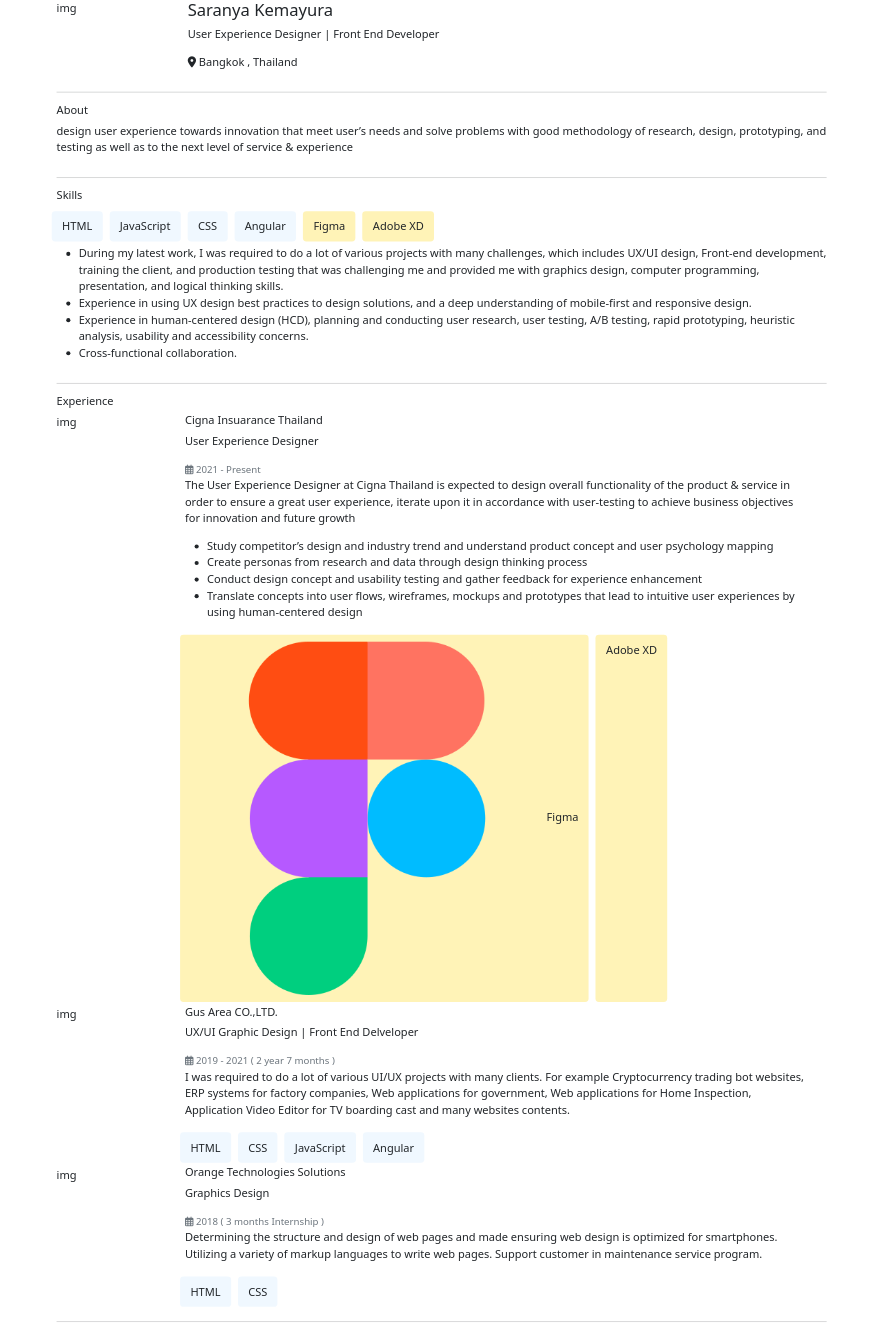
Repository: 0910th/portfolio
Page: index.html
An editor plug-in stored every save of this project. The page is shown before and after the next save, followed by the edit.
The browser window is 1280 px wide. The pictures show the whole page, at 69% of full size.

Above is the page before, as saved 2022-12-12 14:11:47.

### index.html
<!doctype html>
<html lang="en">

<head>
    <meta charset="utf-8">
    <meta name="viewport" content="width=device-width, initial-scale=1">
    <title>Saranya Portfolio</title>

    <link href="./css/bootstrap.min.css" rel="stylesheet" crossorigin="anonymous">
    <link href="./css/mystyle.css" rel="stylesheet" crossorigin="anonymous">
    <!--font awesome -->
    <link rel="stylesheet" href="./fontawesome/css/all.css" type="text/css">
    <link rel="stylesheet" href="./fontawesome/css/fontawesome.css">
    <link rel="stylesheet" href="./fontawesome/css/brands.css">
    <link rel="stylesheet" href="./fontawesome/css/solid.css">
</head>

<body>

    <div class="container-md">
        <!-- Content here -->
        <!-- section01 Name  -->
        <div class="row justify-content-start">
            <div class="col-2 text-right">
                img
            </div>
            <div class="col-10">
                <h4>Saranya Kemayura</h4>
                <p>User Experience Designer | Front End Developer</p>
                <p><i class="fa-solid fa-location-dot"></i> Bangkok , Thailand </p>
            </div>

        </div>
        <hr>
        <div class="row">

            <h6>About</h6>
            <p>design user experience towards innovation that meet user’s needs and solve problems with good methodology of
                research,
                design, prototyping, and testing as well as to the next level of service & experience</p>
        </div>
        <hr>
        <div class="row">
            <h6>Skills</h6>
            <div class="badge-text code">HTML</div>
            <div class="badge-text code">JavaScript</div>
            <div class="badge-text code">CSS</div>
            <div class="badge-text code">Angular</div>
            <div class="badge-text design">Figma</div>
            <div class="badge-text design">Adobe XD</div>
            <div class="text-list">
                <ul>
                    <li> During my latest work, I was required to do a lot of various projects with many challenges, which includes UX/UI design,
                    Front-end development, training the client, and production testing that was challenging me and provided me with graphics
                    design, computer programming, presentation, and logical thinking skills.</li>
                    <li> Experience in using UX design best practices to design solutions, and a deep understanding of mobile-first and
                    responsive design.</li>
                    <li> Experience in human-centered design (HCD), planning and conducting user research, user testing, A/B testing, rapid
                    prototyping, heuristic analysis, usability and accessibility concerns.</li>
                    <li> Cross-functional collaboration.</li>
                </ul>
            </div>
        </div>
        <hr>
        <div class="row">

            <h6>Experience</h6>
            <div class="row">
                <div class="col-2 ">
                    img
                </div>
                <div class="col-10">
                    <h6> Cigna Insuarance Thailand </h6>
                    <p> User Experience Designer </p>
                    <small class="text-muted"> <i class="fa-regular fa-calendar-days"></i> 2021 - Present </small>

                    <p > The User Experience Designer at Cigna Thailand is expected to design overall functionality of the product & service in
                    order to ensure a great user experience, iterate upon it in accordance with user-testing to achieve business objectives
                    for innovation and future growth </p>
                        <ul>
                            <li>Study competitor’s design and industry trend and understand product concept and user psychology mapping</li>
                            <li>Create personas from research and data through design thinking process</li>
                            <li>Conduct design concept and usability testing and gather feedback for experience enhancement</li>
                            <li>Translate concepts into user flows, wireframes, mockups and prototypes that lead to intuitive user experiences by
                            using human-centered design</li>
                        </ul>
                        <div class="row">
                            <div class="badge-text design"><img src="/images/figma.png" class="icon-logo"> Figma</div>
                            <div class="badge-text design">Adobe XD</div>

                        </div>
                </div>

            </div>
            <div class="row">
                <div class="col-2 ">
                    img
                </div>
                <div class="col-10">
                    <h6> Gus Area CO.,LTD.   </h6>
                    <p> UX/UI Graphic Design | Front End Delveloper </p>
                    <small class="text-muted"> <i class="fa-regular fa-calendar-days"></i> 2019 - 2021 ( 2 year 7 months ) </small>

                    <p> I was required to do a lot of various UI/UX projects with many clients. For example Cryptocurrency trading bot websites,
                    ERP systems for factory companies, Web applications for government, Web applications for Home Inspection, Application
                    Video Editor for TV boarding cast and many websites contents.  </p>
                    <div class="row">
                        <div class="badge-text code">HTML</div>
                        <div class="badge-text code">CSS</div>
                        <div class="badge-text code">JavaScript</div>
                        <div class="badge-text code">Angular</div>
                    </div>


                </div>

            </div>
            <div class="row">
                <div class="col-2 ">
                    img
                </div>
                <div class="col-10">
                    <h6> Orange Technologies Solutions  </h6>
                    <p> Graphics Design </p>
                    <small class="text-muted"> <i class="fa-regular fa-calendar-days"></i> 2018 ( 3 months Internship ) </small>

                    <p> Determining the structure and design of web pages and made
                        ensuring web design is optimized for smartphones. Utilizing a variety of
                        markup languages to write web pages. Support customer in maintenance
                        service program. </p>
                    <div class="row">
                        <div class="row">
                            <div class="badge-text code">HTML</div>
                            <div class="badge-text code">CSS</div>

                        </div>
                    </div>
                </div>

            </div>
        </div>
        <hr>

    </div>




    <!-- script -->
    <script src="https://cdn.jsdelivr.net/npm/@popperjs/core@2.11.6/dist/umd/popper.min.js"
        integrity="sha384-oBqDVmMz9ATKxIep9tiCxS/Z9fNfEXiDAYTujMAeBAsjFuCZSmKbSSUnQlmh/jp3"
        crossorigin="anonymous"></script>
    <script src="https://cdn.jsdelivr.net/npm/bootstrap@5.2.3/dist/js/bootstrap.min.js"
        integrity="sha384-cuYeSxntonz0PPNlHhBs68uyIAVpIIOZZ5JqeqvYYIcEL727kskC66kF92t6Xl2V"
        crossorigin="anonymous"></script>
</body>

</html>

### css/mystyle.css
.badge-text {
    padding: 10px 15px;
    margin: 5px 5px;
    border-radius: 5px;
    width: max-content;

}
.badge-text.code {
    background-color: #f0f8ff;
}
.badge-text.design {
    background-color: #fff3b7;
}
.text-list ul li {
    /* list-style: none; */
}

Loaded but not shown: css/bootstrap.min.css (library); fontawesome/css/all.css (library); fontawesome/css/fontawesome.css (library); fontawesome/css/solid.css (common file); fontawesome/css/brands.css (1432 lines, source omitted)

After the next save:
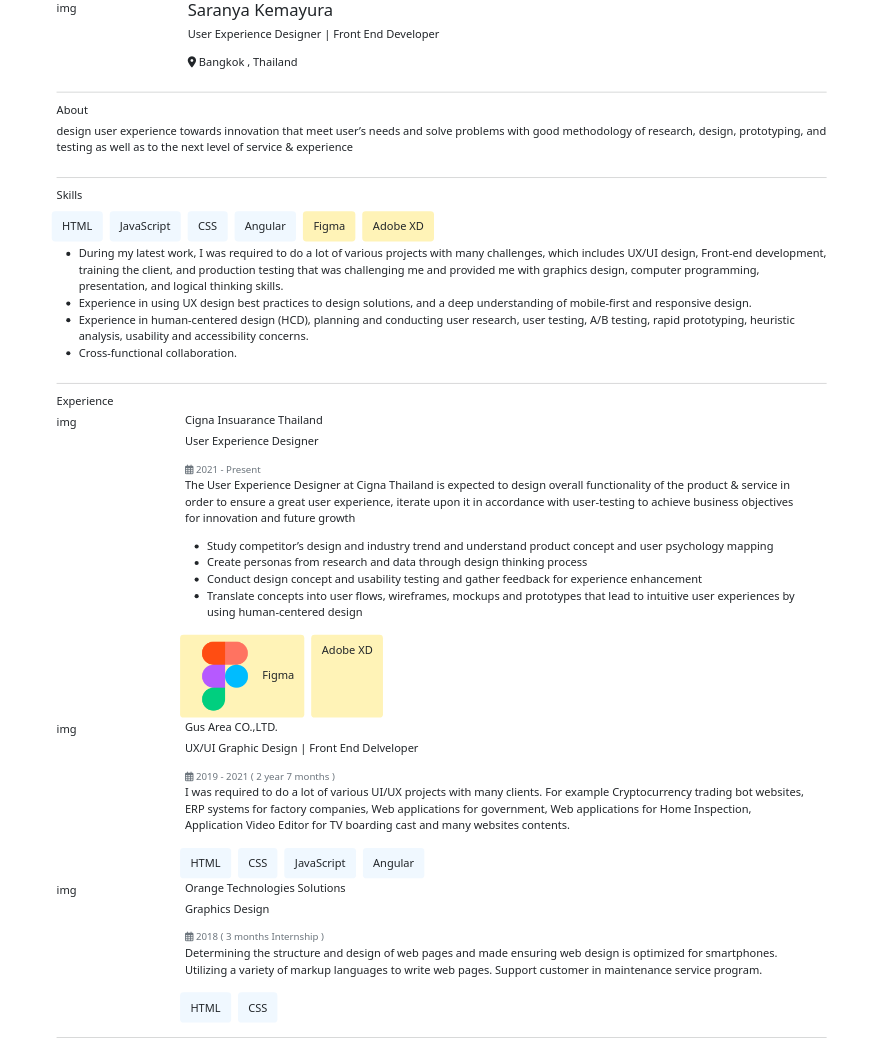
Saved 28 s later.
--- a/css/mystyle.css
+++ b/css/mystyle.css
@@ -14,3 +14,7 @@
 .text-list ul li {
     /* list-style: none; */
 }
+.icon-logo {
+    max-width: 100px;
+    height: auto;
+}
